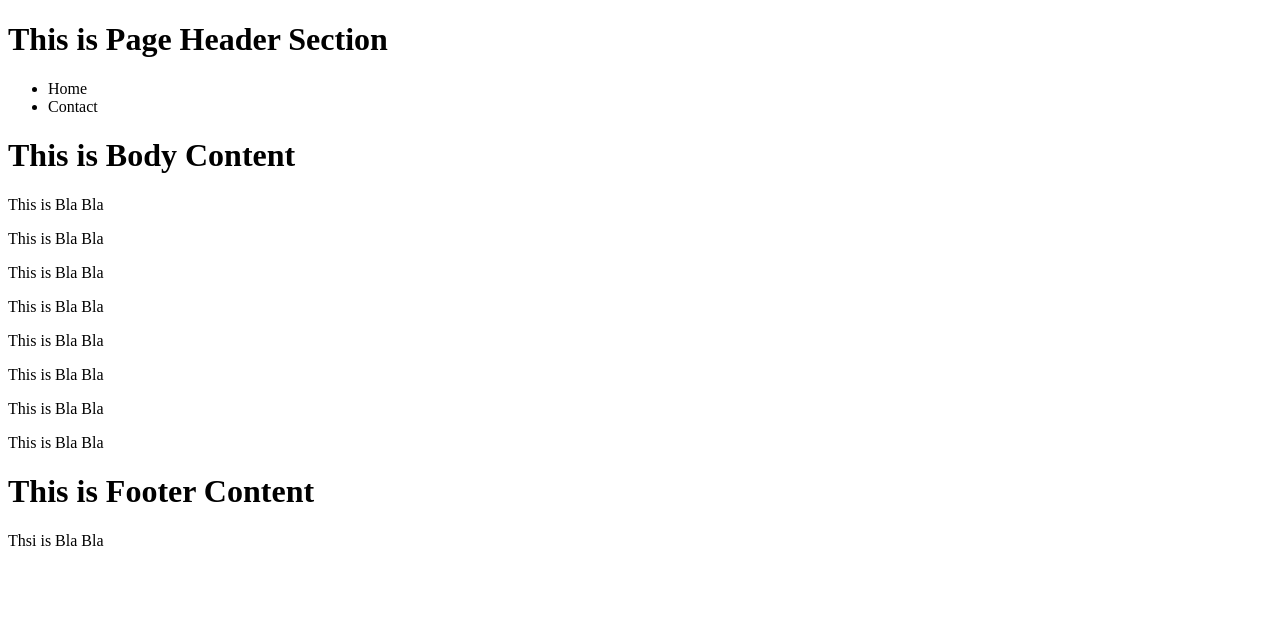
Repository: ZawMinKhantOrLeon/JavaEEWS
Page: http://localhost/jsp_servlet/home-page.jsp
An editor plug-in stored every save of this project. The page is shown before and after the next save, followed by the edit.
The browser window is 1280 px wide. The pictures show the whole page.
The page is served by Tomcat 10. Other server files are loaded and not shown.

Above is the page before, as saved 2024-02-15 04:28:09.

### jsp_servlet/src/main/webapp/home-page.jsp
<%@ page language="java" contentType="text/html; charset=ISO-8859-1"
    pageEncoding="ISO-8859-1"%>
<!DOCTYPE html>
<html>
<head>
<meta charset="ISO-8859-1">
<title>Home Page</title>
</head>
<body>

 <jsp:include page="header.jsp"></jsp:include>
  <!-- Content -->
  <h1>This is Body Content</h1>
   <p> This is Bla Bla </p>
   <p> This is Bla Bla </p>
   <p> This is Bla Bla </p>
   <p> This is Bla Bla </p>
   <p> This is Bla Bla </p>
   <p> This is Bla Bla </p>
   <p> This is Bla Bla </p>
   <p> This is Bla Bla </p>

  <jsp:include page="footer.jsp"></jsp:include>

</body>
</html>

### jsp_servlet/src/main/webapp/header.jsp
<!-- Header -->
  <h1> This is Page Header Section </h1>
  <ul>
  	 <li> Home </li>
  	 <li> Contact </li>
  </ul>

### jsp_servlet/src/main/webapp/footer.jsp
 <!-- Footer -->
  <h1> This is Footer Content </h1>
   <p> Thsi is Bla Bla </p>

After the next save:
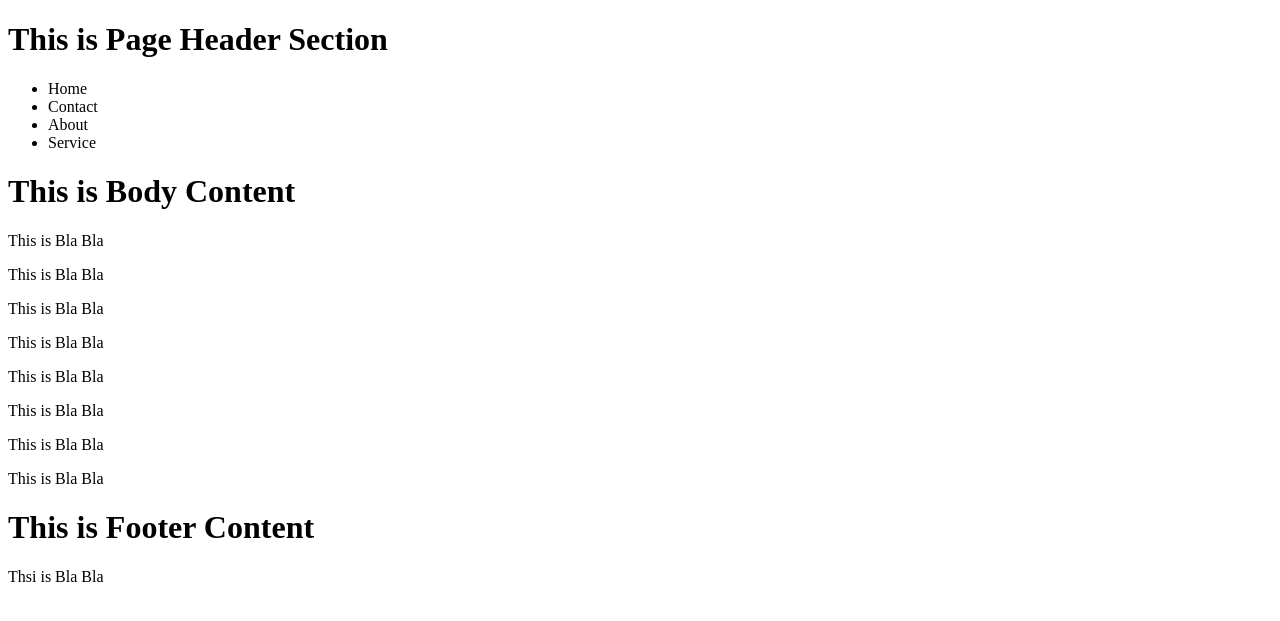
Saved 98 s later.
--- a/jsp_servlet/src/main/webapp/header.jsp
+++ b/jsp_servlet/src/main/webapp/header.jsp
@@ -3,4 +3,6 @@
   <ul>
   	 <li> Home </li>
   	 <li> Contact </li>
+  	  <li> About </li>
+  	 <li> Service </li>
   </ul>
